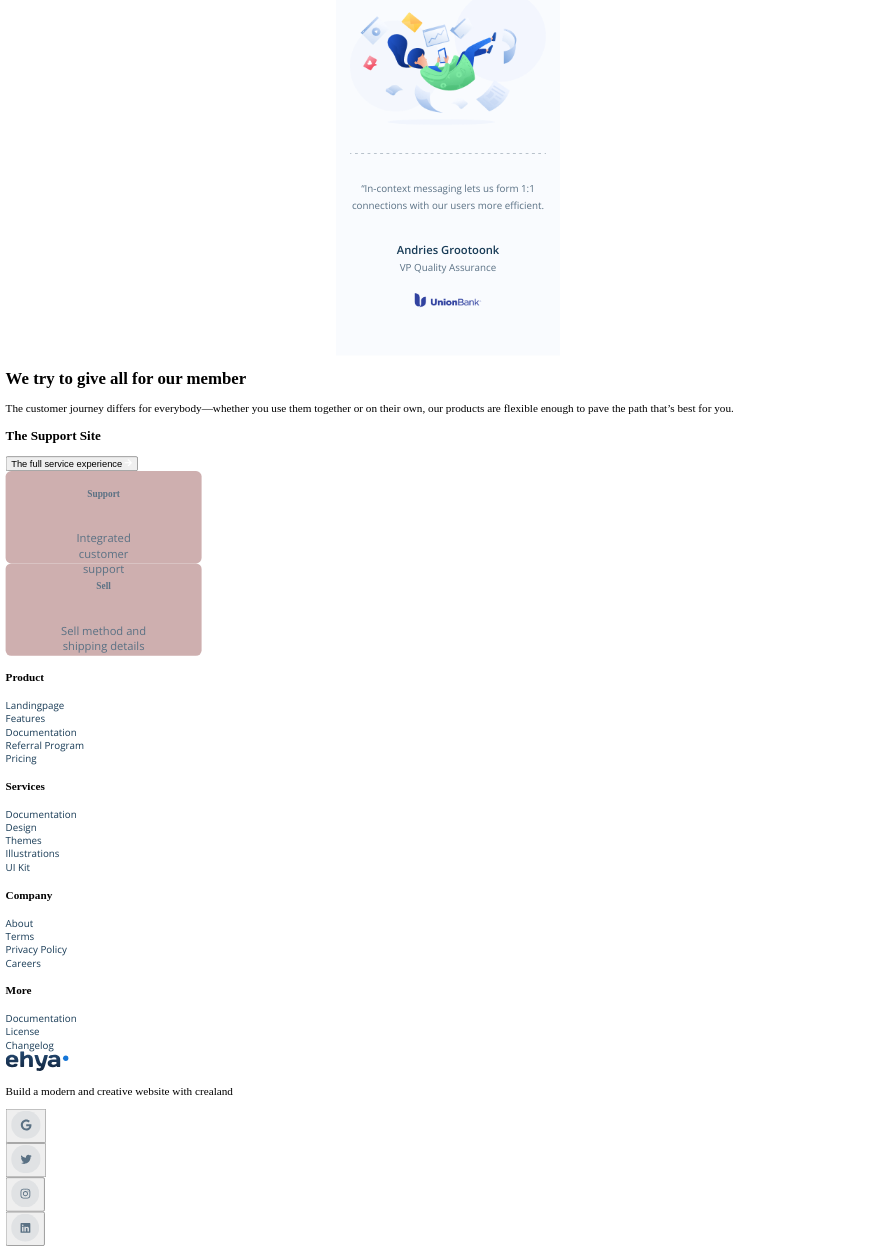
Repository: umlaufissss/provaFront
Page: HTML/index.html
The author's editor kept a copy of each file at every save. The page is drawn from the files as they stood at one save, then again after a run of saves.
The browser window is 1280 px wide. The pictures show the part of the page from y = 2007 to 3927 px (the page is 3795 px tall before and 3927 px after), at 70% of full size.
Some web fonts or font styles are not loaded; a fallback is used.

Above is the page before, as saved 2026-06-22 19:37:06.

After the next 3 saves:
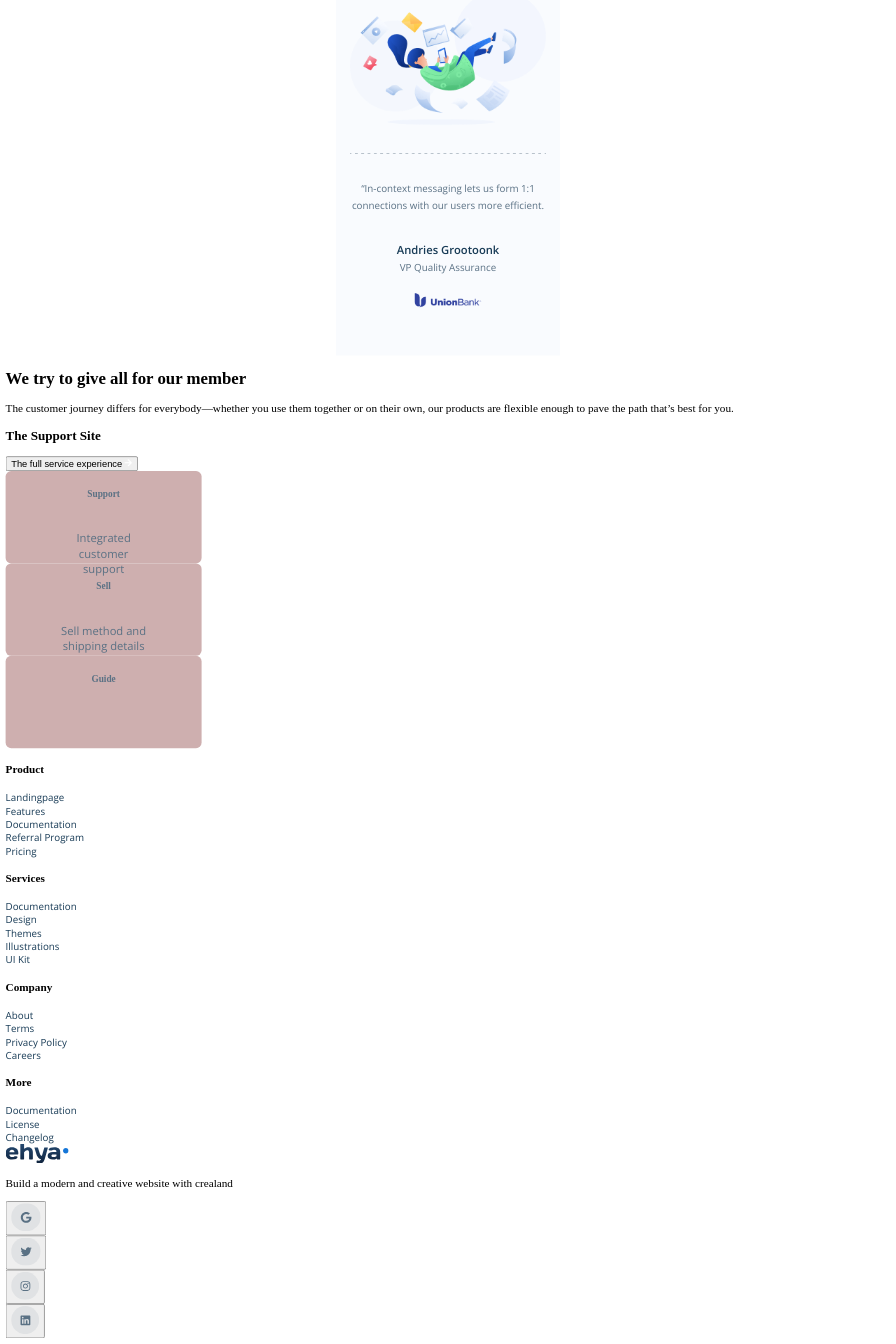
The 3 saves are shown as one change because they came seconds apart.
The last was saved 11 s later.
--- a/HTML/index.html
+++ b/HTML/index.html
@@ -174,7 +174,11 @@
                     </p>
                 </article>
 
-                <article class=""></article>
+                <article class="card">
+                    <h5>Guide</h5>
+                    <p>
+                    </p>
+                </article>
                 <article></article>
                 <article></article>
                 <article></article>
